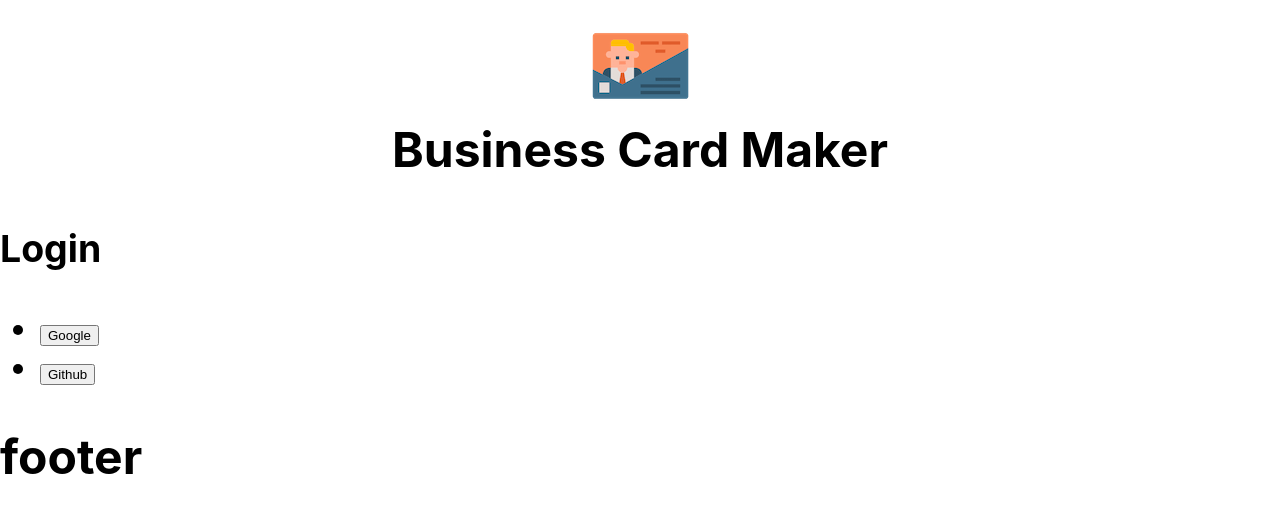
Repository: gomgomigom/firebase_practice_card_maker
Page: /
These files come from the project's save history. The page is drawn as it stood at one moment and after a run of saves; the edit follows.
The browser window is 1280 px wide. The pictures show the whole page.
The page's requests for data from a server got no answer. The project was rebuilt for these pictures with package versions that can differ from the ones it lists, and the page was loaded fresh each time. No one was signed in, and anything a server would have sent is missing.

Above is the page before, as saved 2022-01-21 13:36:08.

After the next 3 saves:
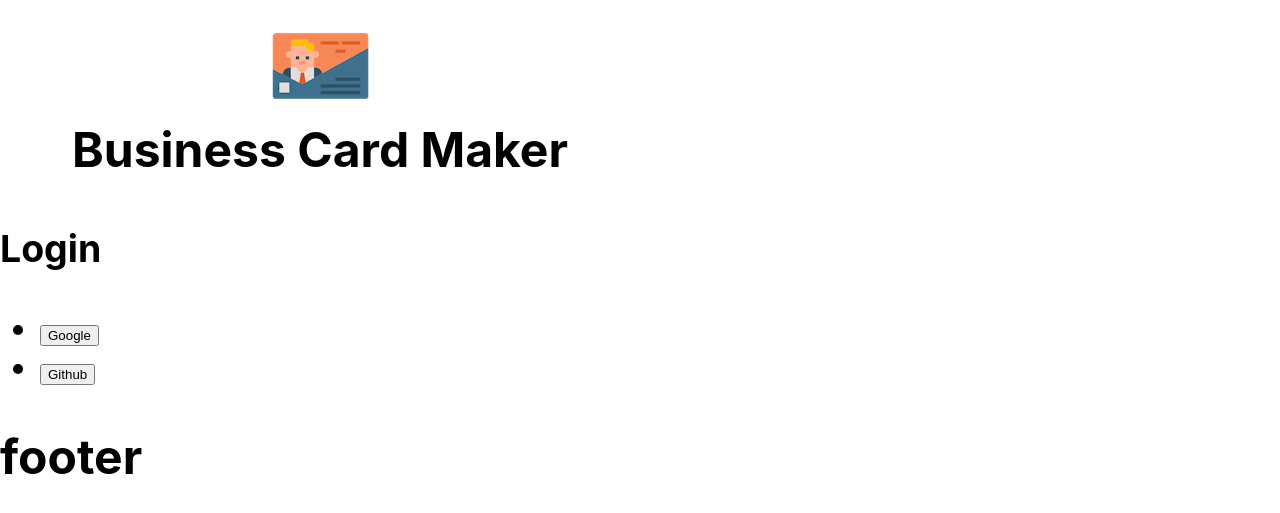
The 3 saves are shown as one change because they came seconds apart.
The last was saved 4 min 39 s later.
--- a/src/components/header/header.module.css
+++ b/src/components/header/header.module.css
@@ -4,6 +4,7 @@
 @value makerWheat from '../../common/colors.css';
 
 .header {
+  width: 40rem;
   display: flex;
   flex-wrap: wrap;
   flex-direction: column;
